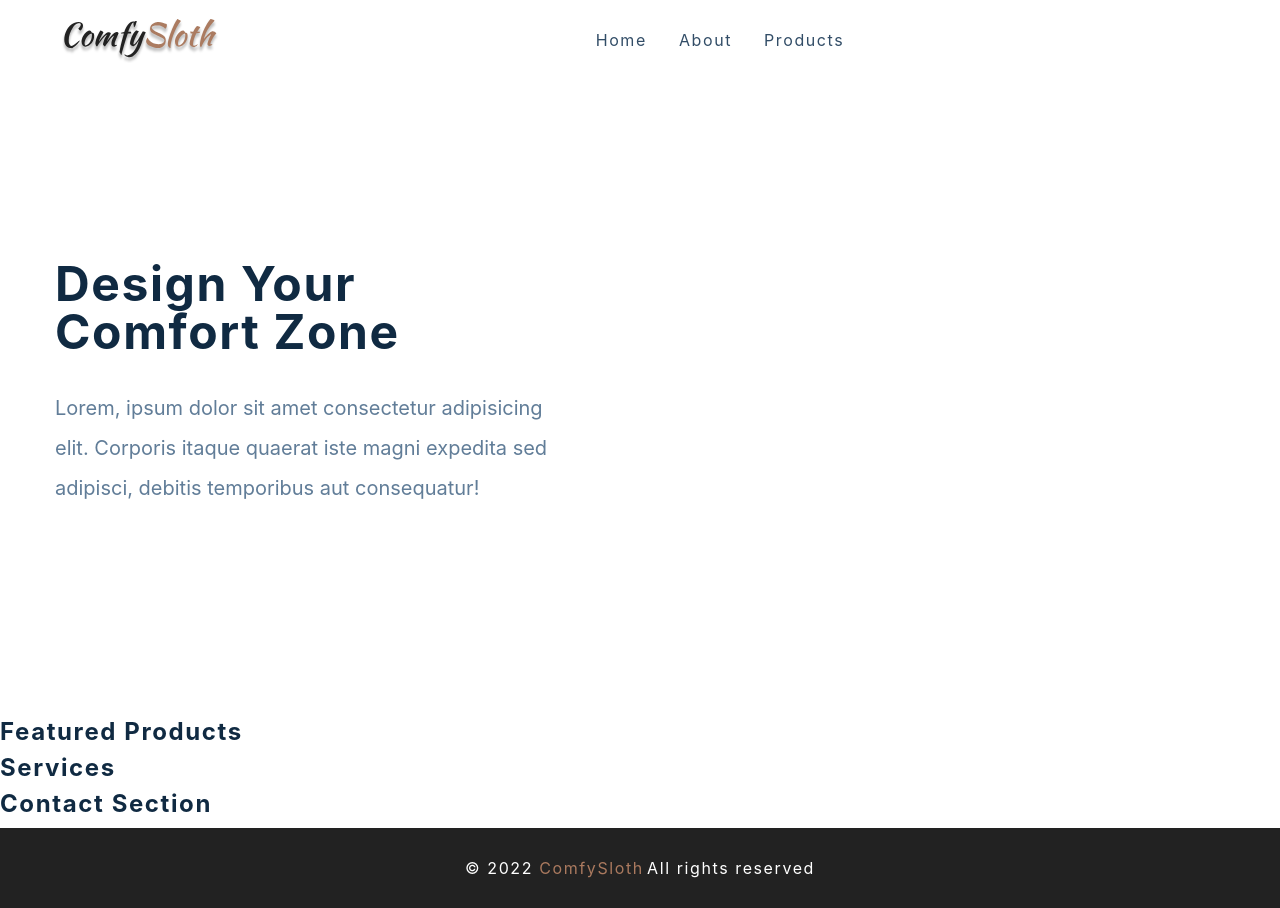
Repository: MateuszWorek/react-comfy-store
Page: /
These files come from the project's save history. The page is drawn as it stood at one moment and after the next save; the edit follows.
The browser window is 1280 px wide. The pictures show the whole page.
The project was rebuilt for these pictures with package versions that can differ from the ones it lists, and the page was loaded fresh each time. A package was used in the major version that the imports need, not the one package.json lists. Also part of the build but not shown: src/utils/constants.js, src/components/Error.js, src/components/Loading.js, src/utils/helpers.js, src/components/Product.js, src/reducers/cart_reducer.js, src/context/cart_context.js, src/context/user_context.js and 23 more. Imported but missing from the stored project, and not drawn on this page: src/components/AmountButtons.

Above is the page before, as saved 2022-07-13 21:56:37.

### src/index.js
import React from 'react';
import ReactDOM from 'react-dom';
import './index.css';
import App from './App';
import { ProductsProvider } from './context/products_context';
import { FilterProvider } from './context/filter_context';
import { CartProvider } from './context/cart_context';
import { UserProvider } from './context/user_context';
import { Auth0Provider } from '@auth0/auth0-react';

ReactDOM.render(
  <ProductsProvider>
    <App />
  </ProductsProvider>,
  document.getElementById('root')
);

### src/App.js
import React from 'react';
import { BrowserRouter as Router, Switch, Route } from 'react-router-dom';
import { Navbar, Sidebar, Footer } from './components';
import {
  Home,
  SingleProduct,
  Cart,
  Checkout,
  Error,
  About,
  Products,
  PrivateRoute,
} from './pages';

function App() {
  return (
    <Router>
      <Navbar />
      <Sidebar />
      <Switch>
        <Route exact path='/'>
          <Home />
        </Route>
        <Route exact path='/about'>
          <About />
        </Route>
        <Route exact path='cart'>
          <Cart />
        </Route>
        <Route exact path='/products'>
          <Products />
        </Route>
        <Route exact path='/products/:id' children={<SingleProduct />} />
        <Route exact path='/checkout'>
          <Checkout />
        </Route>
        <Route exact path='*'>
          <Error />
        </Route>
      </Switch>
      <Footer />
    </Router>
  );
}

export default App;

### src/context/products_context.js
import axios from 'axios';
import React, { useContext, useEffect, useReducer } from 'react';
import reducer from '../reducers/products_reducer';
import { products_url as url } from '../utils/constants';
import {
  SIDEBAR_OPEN,
  SIDEBAR_CLOSE,
  GET_PRODUCTS_BEGIN,
  GET_PRODUCTS_SUCCESS,
  GET_PRODUCTS_ERROR,
  GET_SINGLE_PRODUCT_BEGIN,
  GET_SINGLE_PRODUCT_SUCCESS,
  GET_SINGLE_PRODUCT_ERROR,
} from '../actions';

const initialState = {
  isSidebarOpen: false,
};

const ProductsContext = React.createContext();

export const ProductsProvider = ({ children }) => {
  const [state, dispatch] = useReducer(reducer, initialState);
  const openSidebar = () => {
    // dispatch({ type: 'SIDEBAR_OPEN' });
    dispatch({ type: SIDEBAR_OPEN });
  };
  const closeSidebar = () => {
    // dispatch({ type: 'SIDEBAR_CLOSE' });
    dispatch({ type: SIDEBAR_CLOSE });
  };

  // useEffect(() => {
  //   openSidebar();
  // }, []);

  return (
    // <ProductsContext.Provider value='products context'>
    //   {children}
    // </ProductsContext.Provider>
    <ProductsContext.Provider value={{ ...state, openSidebar, closeSidebar }}>
      {children}
    </ProductsContext.Provider>
  );
};
// make sure use
export const useProductsContext = () => {
  return useContext(ProductsContext);
};

### src/components/index.js
import FeaturedProducts from './FeaturedProducts'
import Navbar from './Navbar'
import CartButtons from './CartButtons'
import Footer from './Footer'
import Sidebar from './Sidebar'
import Hero from './Hero'
import Services from './Services'
import Contact from './Contact'
import Loading from './Loading'
import Error from './Error'
import ProductImages from './ProductImages'
import AddToCart from './AddToCart'
import Filters from './Filters'
import ProductList from './ProductList'
import Sort from './Sort'
import Stars from './Stars'
import CartContent from './CarContent'
import PageHero from './PageHero'
import StripeCheckout from './StripeCheckout'
export {
  FeaturedProducts,
  Navbar,
  CartButtons,
  Footer,
  Sidebar,
  Hero,
  Services,
  Contact,
  Loading,
  Error,
  ProductImages,
  AddToCart,
  Filters,
  ProductList,
  Sort,
  Stars,
  CartContent,
  PageHero,
  StripeCheckout,
}

### src/pages/index.js
import Home from './HomePage';
import Products from './ProductsPage';
import SingleProduct from './SingleProductPage';
import About from './AboutPage';
import Cart from './CartPage';
import Error from './ErrorPage';
import Checkout from './CheckoutPage';
import PrivateRoute from './PrivateRoute';

export {
  Home,
  Products,
  SingleProduct,
  About,
  Cart,
  Error,
  Checkout,
  PrivateRoute,
};

### src/reducers/products_reducer.js
import {
  SIDEBAR_OPEN,
  SIDEBAR_CLOSE,
  GET_PRODUCTS_BEGIN,
  GET_PRODUCTS_SUCCESS,
  GET_PRODUCTS_ERROR,
  GET_SINGLE_PRODUCT_BEGIN,
  GET_SINGLE_PRODUCT_SUCCESS,
  GET_SINGLE_PRODUCT_ERROR,
} from '../actions';

const products_reducer = (state, action) => {
  if (action.type === SIDEBAR_OPEN) {
    // console.log(state);
    return { ...state, isSidebarOpen: true };
  }
  if (action.type === SIDEBAR_CLOSE) {
    // console.log(state);
    return { ...state, isSidebarOpen: false };
  }
  return state;
  throw new Error(`No Matching "${action.type}" - action type`);
};

export default products_reducer;

### src/actions.js
export const SIDEBAR_OPEN = 'SIDEBAR_OPEN'
export const SIDEBAR_CLOSE = 'SIDEBAR_CLOSE'
export const GET_PRODUCTS_BEGIN = 'GET_PRODUCTS_BEGIN'
export const GET_PRODUCTS_SUCCESS = 'GET_PRODUCTS_SUCCESS'
export const GET_PRODUCTS_ERROR = 'GET_PRODUCTS_ERROR'
export const GET_SINGLE_PRODUCT_BEGIN = 'GET_SINGLE_PRODUCT_BEGIN'
export const GET_SINGLE_PRODUCT_SUCCESS = 'GET_SINGLE_PRODUCT_SUCCESS'
export const GET_SINGLE_PRODUCT_ERROR = 'GET_SINGLE_PRODUCT_ERROR'
export const LOAD_PRODUCTS = 'LOAD_PRODUCTS'
export const SET_GRIDVIEW = 'SET_GRIDVIEW'
export const SET_LISTVIEW = 'SET_LISTVIEW'
export const UPDATE_SORT = 'UPDATE_SORT'
export const SORT_PRODUCTS = 'SORT_PRODUCTS'
export const UPDATE_FILTERS = 'UPDATE_FILTERS'
export const FILTER_PRODUCTS = 'FILTER_PRODUCTS'
export const CLEAR_FILTERS = 'CLEAR_FILTERS'
export const ADD_TO_CART = 'ADD_TO_CART'
export const REMOVE_CART_ITEM = 'REMOVE_CART_ITEM'
export const TOGGLE_CART_ITEM_AMOUNT = 'TOGGLE_CART_ITEM_AMOUNT'
export const CLEAR_CART = 'CLEAR_CART'
export const COUNT_CART_TOTALS = 'COUNT_CART_TOTALS'

### src/components/FeaturedProducts.js
import React from 'react'
import { useProductsContext } from '../context/products_context'
import { Link } from 'react-router-dom'
import styled from 'styled-components'
import Error from './Error'
import Loading from './Loading'
import Product from './Product'

const FeaturedProducts = () => {
  return <h4>featured products</h4>
}

const Wrapper = styled.section`
  background: var(--clr-grey-10);
  .featured {
    margin: 4rem auto;
    display: grid;
    gap: 2.5rem;
    img {
      height: 225px;
    }
  }
  .btn {
    display: block;
    width: 148px;
    margin: 0 auto;
    text-align: center;
  }
  @media (min-width: 576px) {
    .featured {
      grid-template-columns: repeat(auto-fit, minmax(360px, 1fr));
    }
  }
`

export default FeaturedProducts

### src/components/Navbar.js
import React from 'react';
import styled from 'styled-components';
import logo from '../assets/logo.svg';
import { FaBars } from 'react-icons/fa';
import { Link } from 'react-router-dom';
import { links } from '../utils/constants';
import CartButtons from './CartButtons';
import { useProductsContext } from '../context/products_context';
import { useUserContext } from '../context/user_context';

const Nav = () => {
  const { openSidebar } = useProductsContext();
  return (
    <NavContainer>
      <div className='nav-center'>
        <div className='nav-header'>
          <Link to='/'>
            <img src={logo} alt='comfy sloth' />
          </Link>
          <button type='buttton' className='nav-toggle' onClick={openSidebar}>
            <FaBars />
          </button>
        </div>
        <ul className='nav-links'>
          {links.map((link) => {
            const { id, text, url } = link;
            return (
              <li key={id}>
                <Link to={url}>{text}</Link>
              </li>
            );
          })}
        </ul>
      </div>
    </NavContainer>
  );
};

const NavContainer = styled.nav`
  height: 5rem;
  display: flex;
  align-items: center;
  justify-content: center;

  .nav-center {
    width: 90vw;
    margin: 0 auto;
    max-width: var(--max-width);
  }
  .nav-header {
    display: flex;
    align-items: center;
    justify-content: space-between;
    img {
      width: 175px;
      margin-left: -15px;
    }
  }
  .nav-toggle {
    background: transparent;
    border: transparent;
    color: var(--clr-primary-5);
    cursor: pointer;
    svg {
      font-size: 2rem;
    }
  }
  .nav-links {
    display: none;
  }
  .cart-btn-wrapper {
    display: none;
  }
  @media (min-width: 992px) {
    .nav-toggle {
      display: none;
    }
    .nav-center {
      display: grid;
      grid-template-columns: auto 1fr auto;
      align-items: center;
    }
    .nav-links {
      display: flex;
      justify-content: center;
      li {
        margin: 0 0.5rem;
      }
      a {
        color: var(--clr-grey-3);
        font-size: 1rem;
        text-transform: capitalize;
        letter-spacing: var(--spacing);
        padding: 0.5rem;
        &:hover {
          border-bottom: 2px solid var(--clr-primary-7);
        }
      }
    }
    .cart-btn-wrapper {
      display: grid;
    }
  }
`;

export default Nav;

### src/components/CartButtons.js
import React from 'react';
import { FaShoppingCart, FaUserMinus, FaUserPlus } from 'react-icons/fa';
import { Link } from 'react-router-dom';
import styled from 'styled-components';
import { useProductsContext } from '../context/products_context';
import { useCartContext } from '../context/cart_context';
import { useUserContext } from '../context/user_context';

const CartButtons = () => {
  const { closeSidebar } = useProductsContext();

  return (
    <Wrapper className='cart-btn-wrapper'>
      <Link to='/cart' className='cart-btn' onClick={closeSidebar}>
        Cart{' '}
        <span className='cart-container'>
          <FaShoppingCart />
          <span className='cart-value'>12</span>
        </span>
      </Link>
      <button type='button' className='auth-btn'>
        Login <FaUserPlus />
      </button>
    </Wrapper>
  );
};

const Wrapper = styled.div`
  display: grid;
  grid-template-columns: 1fr 1fr;
  align-items: center;
  width: 225px;

  .cart-btn {
    color: var(--clr-grey-1);
    font-size: 1.5rem;
    letter-spacing: var(--spacing);
    color: var(--clr-grey-1);
    display: flex;

    align-items: center;
  }
  .cart-container {
    display: flex;
    align-items: center;
    position: relative;
    svg {
      height: 1.6rem;
      margin-left: 5px;
    }
  }
  .cart-value {
    position: absolute;
    top: -10px;
    right: -16px;
    background: var(--clr-primary-5);
    width: 16px;
    height: 16px;
    display: flex;
    align-items: center;
    justify-content: center;
    border-radius: 50%;
    font-size: 0.75rem;
    color: var(--clr-white);
    padding: 12px;
  }
  .auth-btn {
    display: flex;
    align-items: center;
    background: transparent;
    border-color: transparent;
    font-size: 1.5rem;
    cursor: pointer;
    color: var(--clr-grey-1);
    letter-spacing: var(--spacing);
    svg {
      margin-left: 5px;
    }
  }
`;
export default CartButtons;

### src/components/Footer.js
import React from 'react';
import styled from 'styled-components';
const Footer = () => {
  return (
    <Wrapper>
      <h5>
        &copy; {new Date().getFullYear()}
        <span> ComfySloth</span>
      </h5>
      <h5>All rights reserved</h5>
    </Wrapper>
  );
};

const Wrapper = styled.footer`
  height: 5rem;
  display: flex;
  flex-direction: column;
  justify-content: center;
  align-items: center;
  background: var(--clr-black);
  text-align: center;
  span {
    color: var(--clr-primary-5);
  }
  h5 {
    color: var(--clr-white);
    margin: 0.1rem;

    font-weight: 400;
    text-transform: none;
    line-height: 1.25;
  }
  @media (min-width: 776px) {
    flex-direction: row;
  }
`;

export default Footer;

### src/components/Sidebar.js
import React from 'react';
import logo from '../assets/logo.svg';
import { Link } from 'react-router-dom';
import { useProductsContext } from '../context/products_context';
import { FaTimes } from 'react-icons/fa';
import { links } from '../utils/constants';
import styled from 'styled-components';
import CartButtons from './CartButtons';
import { useUserContext } from '../context/user_context';

const Sidebar = () => {
  const { isSidebarOpen, closeSidebar } = useProductsContext();

  return (
    <SidebarContainer>
      <aside
        className={`${isSidebarOpen ? 'sidebar show-sidebar' : 'sidebar'}`}
      >
        <div className='sidebar-header'>
          <img src={logo} className='logo' alt='comfy sloth' />
          <button type='button' className='close-btn' onClick={closeSidebar}>
            <FaTimes />
          </button>
        </div>
        <ul className='links'>
          {links.map(({ id, text, url }) => {
            return (
              <li key={id}>
                <Link to={url} onClick={closeSidebar}>
                  {text}
                </Link>
              </li>
            );
          })}
          <li>
            <Link to='checkout' onClick={closeSidebar}>
              checkout
            </Link>
          </li>
        </ul>
        <CartButtons />
      </aside>
    </SidebarContainer>
  );
};

const SidebarContainer = styled.div`
  text-align: center;
  .sidebar-header {
    display: flex;
    justify-content: space-between;
    align-items: center;
    padding: 1rem 1.5rem;
  }
  .close-btn {
    font-size: 2rem;
    background: transparent;
    border-color: transparent;
    color: var(--clr-primary-5);
    transition: var(--transition);
    cursor: pointer;
    color: var(--clr-red-dark);
    margin-top: 0.2rem;
  }
  .close-btn:hover {
    color: var(--clr-red-light);
  }
  .logo {
    justify-self: center;
    height: 45px;
  }
  .links {
    margin-bottom: 2rem;
  }
  .links a {
    display: block;
    text-align: left;
    font-size: 1rem;
    text-transform: capitalize;
    padding: 1rem 1.5rem;
    color: var(--clr-grey-3);
    transition: var(--transition);
    letter-spacing: var(--spacing);
  }

  .links a:hover {
    padding: 1rem 1.5rem;
    padding-left: 2rem;
    background: var(--clr-grey-10);
    color: var(--clr-grey-2);
  }

  .sidebar {
    position: fixed;
    top: 0;
    left: 0;
    width: 100%;
    height: 100%;
    background: var(--clr-white);
    transition: var(--transition);
    transform: translate(-100%);
    z-index: -1;
  }
  .show-sidebar {
    transform: translate(0);
    z-index: 999;
  }
  .cart-btn-wrapper {
    margin: 2rem auto;
  }
  @media screen and (min-width: 992px) {
    .sidebar {
      display: none;
    }
  }
`;

export default Sidebar;

### src/components/Hero.js
import React from 'react';
import styled from 'styled-components';
import { Link } from 'react-router-dom';
import heroBcg from '../assets/hero-bcg.jpeg';
import heroBcg2 from '../assets/hero-bcg-2.jpeg';

const Hero = () => {
  return (
    <Wrapper className='section-center'>
      <article className='content'>
        <h1>
          design your <br />
          comfort zone
        </h1>
        <p>
          Lorem, ipsum dolor sit amet consectetur adipisicing elit. Corporis
          itaque quaerat iste magni expedita sed adipisci, debitis temporibus
          aut consequatur!
        </p>
      </article>
    </Wrapper>
  );
};

const Wrapper = styled.section`
  min-height: 60vh;
  display: grid;
  place-items: center;
  .img-container {
    display: none;
  }

  p {
    line-height: 2;
    max-width: 45em;
    margin-bottom: 2rem;
    color: var(--clr-grey-5);
    font-size: 1rem;
  }
  @media (min-width: 992px) {
    height: calc(100vh - 5rem);
    grid-template-columns: 1fr 1fr;
    gap: 8rem;
    h1 {
      margin-bottom: 2rem;
    }
    p {
      font-size: 1.25rem;
    }
    .hero-btn {
      padding: 0.75rem 1.5rem;
      font-size: 1rem;
    }
    .img-container {
      display: block;
      position: relative;
    }
    .main-img {
      width: 100%;
      height: 550px;
      position: relative;
      border-radius: var(--radius);
      display: block;
      object-fit: cover;
    }
    .accent-img {
      position: absolute;
      bottom: 0;
      left: 0;
      width: 250px;
      transform: translateX(-50%);
      border-radius: var(--radius);
    }
    .img-container::before {
      content: '';
      position: absolute;
      width: 10%;
      height: 80%;
      background: var(--clr-primary-9);
      bottom: 0%;
      left: -8%;
      border-radius: var(--radius);
    }
  }
`;

export default Hero;

### src/components/Services.js
import React from 'react'
import styled from 'styled-components'
import { services } from '../utils/constants'

const Services = () => {
  return <h4>services </h4>
}

const Wrapper = styled.section`
  h3,
  h4 {
    color: var(--clr-primary-1);
  }
  padding: 5rem 0;

  background: var(--clr-primary-10);

  .header h3 {
    margin-bottom: 2rem;
  }
  p {
    margin-bottom: 0;
    line-height: 1.8;
    color: var(--clr-primary-3);
  }
  .services-center {
    margin-top: 4rem;
    display: grid;
    gap: 2.5rem;
  }
  .service {
    background: var(--clr-primary-7);
    text-align: center;
    padding: 2.5rem 2rem;
    border-radius: var(--radius);
    p {
      color: var(--clr-primary-2);
    }
  }
  span {
    width: 4rem;
    height: 4rem;
    display: grid;
    margin: 0 auto;
    place-items: center;
    margin-bottom: 1rem;
    border-radius: 50%;
    background: var(--clr-primary-10);
    color: var(--clr-primary-1);
    svg {
      font-size: 2rem;
    }
  }
  @media (min-width: 992px) {
    .header {
      display: grid;
      grid-template-columns: 1fr 1fr;
    }
  }
  @media (min-width: 576px) {
    .services-center {
      grid-template-columns: repeat(auto-fit, minmax(360px, 1fr));
    }
  }
  @media (min-width: 1280px) {
    padding: 0;
    .section-center {
      transform: translateY(5rem);
    }
  }
`
export default Services

### src/components/Contact.js
import React from 'react'
import styled from 'styled-components'

const Contact = () => {
  return <h4>contact section</h4>
}
const Wrapper = styled.section`
  padding: 5rem 0;
  h3 {
    text-transform: none;
  }
  p {
    line-height: 2;
    max-width: 45em;
    color: var(--clr-grey-5);
  }
  .contact-form {
    width: 90vw;
    max-width: 500px;
    display: grid;
    grid-template-columns: 1fr auto;
  }

  .form-input,
  .submit-btn {
    font-size: 1rem;
    padding: 0.5rem 1rem;
    border: 2px solid var(--clr-black);
  }
  .form-input {
    border-right: none;
    color: var(--clr-grey-3);
    border-top-left-radius: var(--radius);
    border-bottom-left-radius: var(--radius);
  }
  .submit-btn {
    border-top-right-radius: var(--radius);
    border-bottom-right-radius: var(--radius);
  }
  .form-input::placeholder {
    color: var(--clr-black);
    text-transform: capitalize;
  }
  .submit-btn {
    background: var(--clr-primary-5);
    text-transform: capitalize;
    letter-spacing: var(--spacing);
    cursor: pointer;
    transition: var(--transition);
    color: var(--clr-black);
  }
  .submit-btn:hover {
    color: var(--clr-white);
  }
  @media (min-width: 992px) {
    .content {
      display: grid;
      grid-template-columns: 1fr 1fr;
      align-items: center;
      gap: 8rem;
      margin-top: 2rem;
    }
    p {
      margin-bottom: 0;
    }
  }
  @media (min-width: 1280px) {
    padding: 15rem 0;
  }
`

export default Contact

### src/pages/HomePage.js
import React from 'react';
import { FeaturedProducts, Hero, Services, Contact } from '../components';

const HomePage = () => {
  return (
    <main>
      <Hero />
      <FeaturedProducts />
      <Services />
      <Contact />
    </main>
  );
};

export default HomePage;

Loaded but not shown: public/index.html (common file); src/index.css (common file)

After the next save:
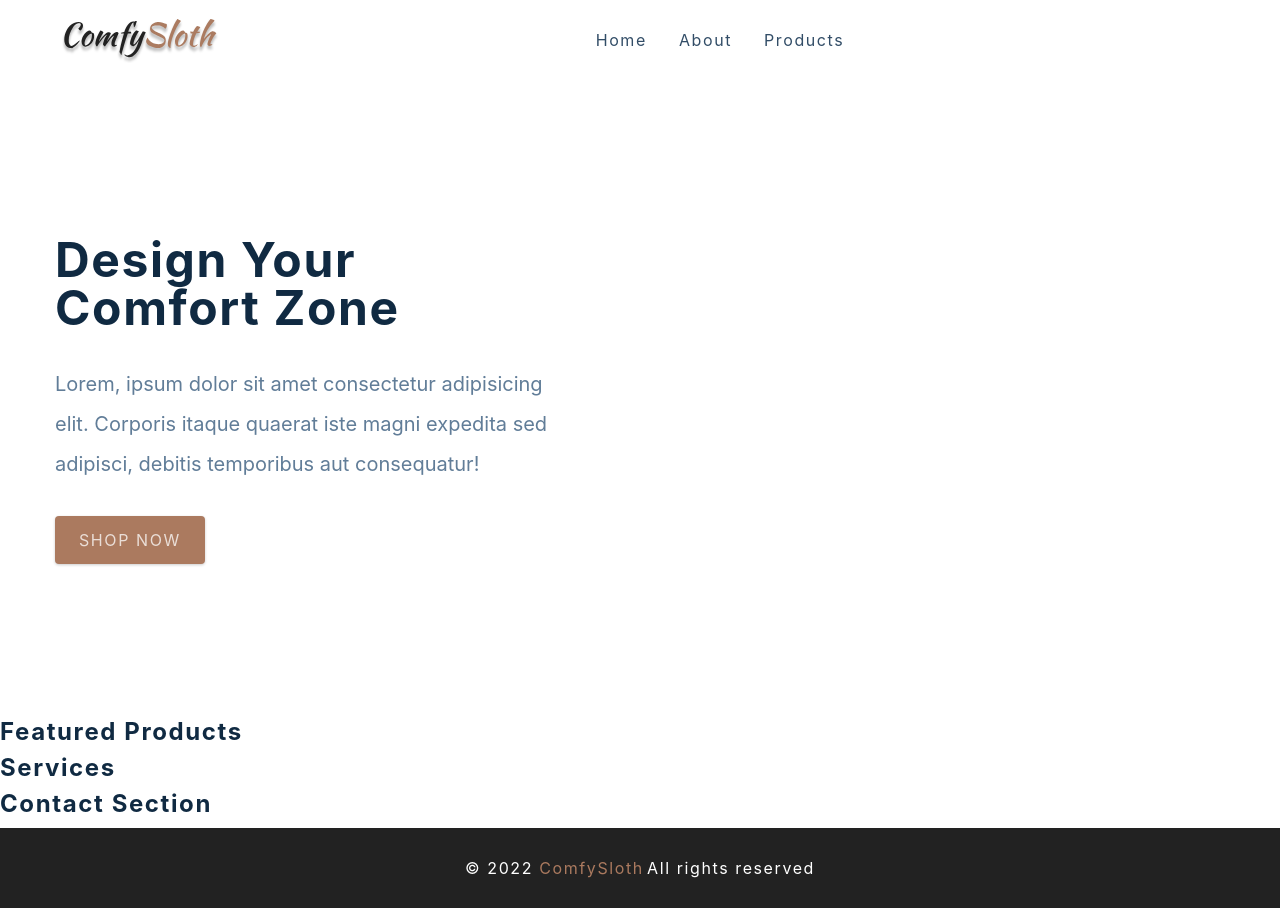
Saved 85 s later.
--- a/src/components/Hero.js
+++ b/src/components/Hero.js
@@ -17,6 +17,9 @@ const Hero = () => {
           itaque quaerat iste magni expedita sed adipisci, debitis temporibus
           aut consequatur!
         </p>
+        <Link to='/products' className='btn hero-btn'>
+          shop now
+        </Link>
       </article>
     </Wrapper>
   );
